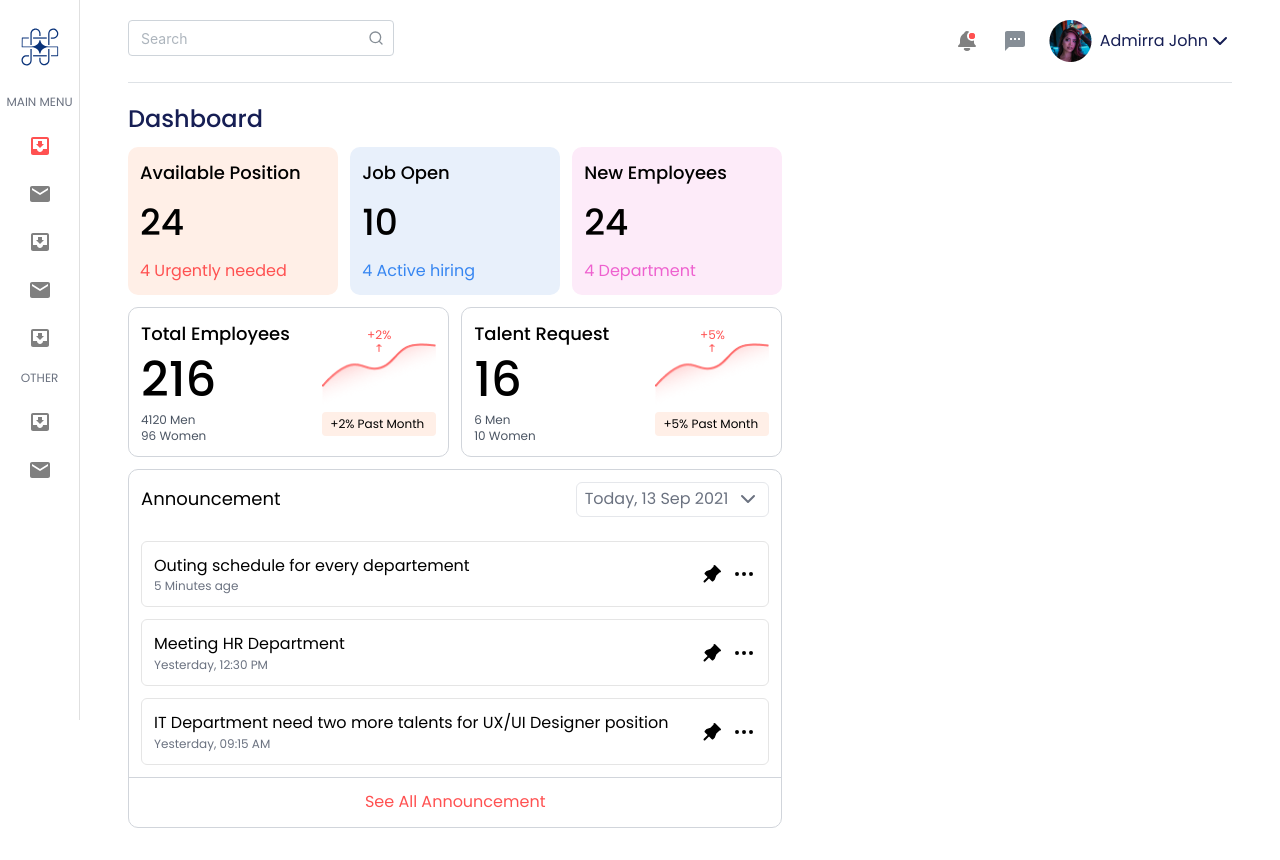
Repository: SatyaDewangan05/sample-dashboard
Page: /
These files come from the project's save history. The page is drawn as it stood at one moment and after the next save; the edit follows.
The browser window is 1280 px wide. The pictures show the whole page.
The project was rebuilt for these pictures with package versions that can differ from the ones it lists, and the page was loaded fresh each time. The framework's server and built-in components were replaced by stand-ins that run in the browser. Also part of the build but not shown: next.config.mjs.

Above is the page before, as saved 2024-09-22 01:01:29.

After the next save:
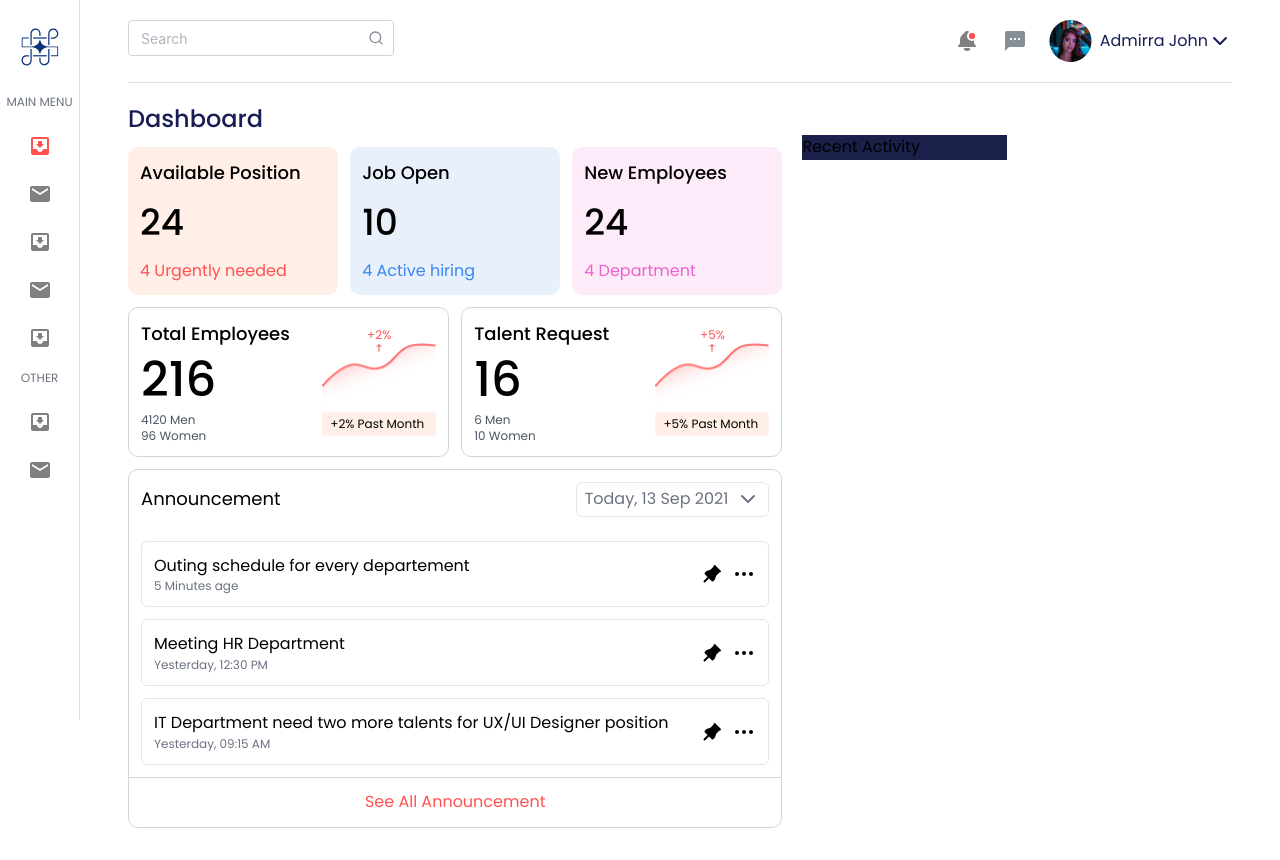
Saved 91 s later.
--- a/src/app/page.jsx
+++ b/src/app/page.jsx
@@ -142,7 +142,12 @@ export default function Home() {
                 </div>
               </div>
             </div>
-            <div></div>
+            <div>
+              <div className="">
+                <p className="bg-[#1B204A]">Recent Activity</p>
+                <div className="bg-[#161E54]"></div>
+              </div>
+            </div>
           </div>
         </div>
       </div>
